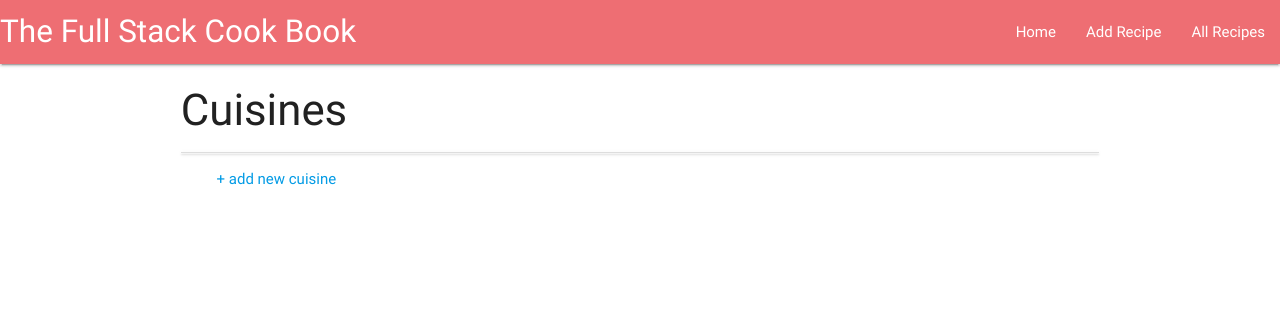
Repository: nakitamccool/francisillingworth-milestone-project-3
Page: http://localhost/get_cuisines
The author's editor kept a record of every edit. The page is drawn from the files as they stood at one moment, then again after the next edit.
The browser window is 1280 px wide. The pictures show the whole page.
The page is served by the project's application, run on Flask 3 (app.py). Queries for data that is not in the repository find no rows.

Above is the page before.

After the next edit:
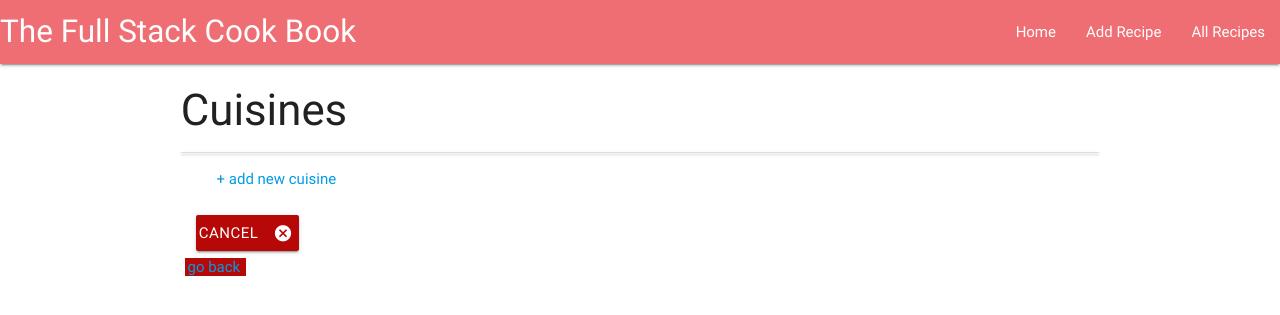
The edit:
--- a/templates/cuisines.html
+++ b/templates/cuisines.html
@@ -22,6 +22,11 @@
 <div class = "row">
                 <a class = "add_cuisine" href = "{{ url_for('add_cuisine_edit') }}">+ add new cuisine</a>
             </div>
-
+            <a href="{{ url_for('get_recipes') }}" class="waves-effect waves-light btn cancel_button">
+                <i class="material-icons right">cancel</i>Cancel
+            </a>
+            <div class = "row">
+                <a class = "cancel_button" href = "{{ url_for('get_recipes') }}">go back</a>
+            </div>
 </div>
 {% endblock %}
